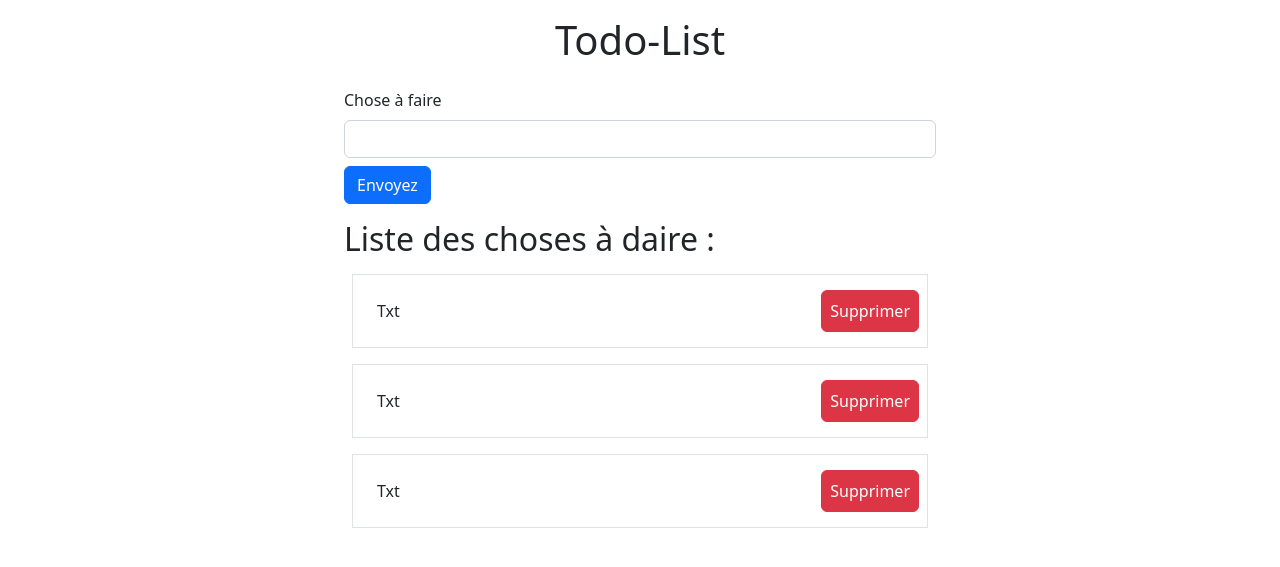
Repository: Michelhof1978/toDoListReact
Page: / (app in APPLICATION/)
The author's editor kept a copy of each file at every save. The page is drawn from the files as they stood at one save, then again after the next save.
The browser window is 1280 px wide. The pictures show the whole page.
The project was rebuilt for these pictures with package versions that can differ from the ones it lists, and the page was loaded fresh each time.

Above is the page before, as saved 2023-05-17 12:58:31.

After the next save:
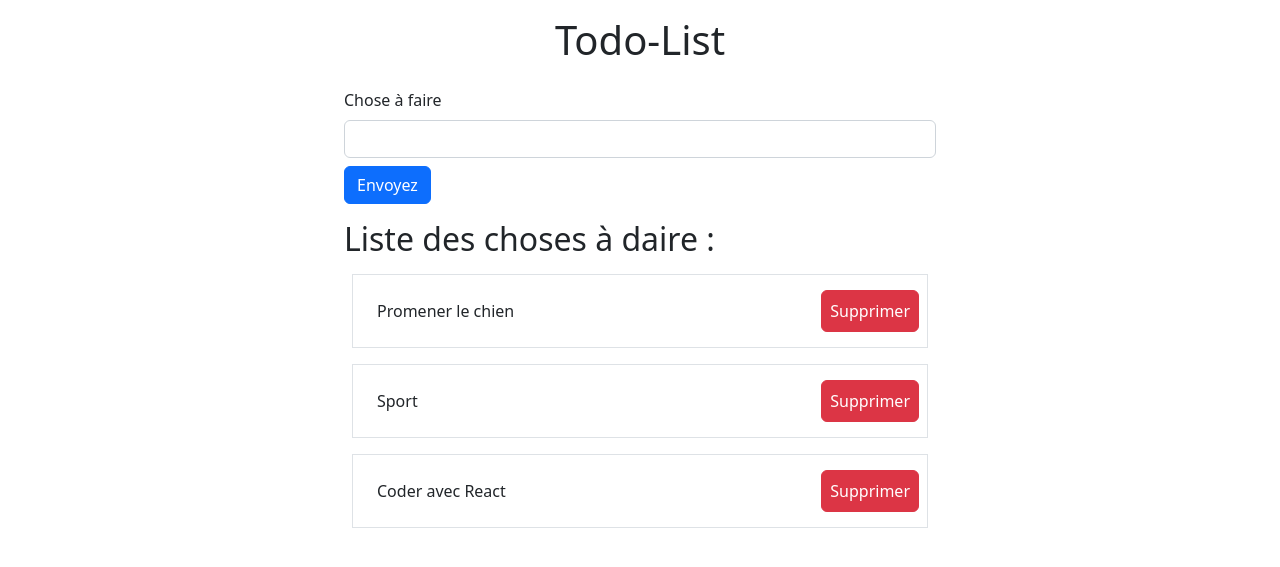
Saved 9 min 4 s later.
--- a/APPLICATION/src/Components/Item.js
+++ b/APPLICATION/src/Components/Item.js
@@ -1,8 +1,10 @@
 
-export default function Item() {
+export default function Item(props) {
+
+
     return (
         <li className="border d-flex justify-content-between align-items-center  p-2 m-2">
-            <div className="p-3">Txt</div>
+            <div className="p-3">{props.txt}</div>
             <button className="btn btn-danger p-2 h-50">Supprimer</button>
         </li>
     )
